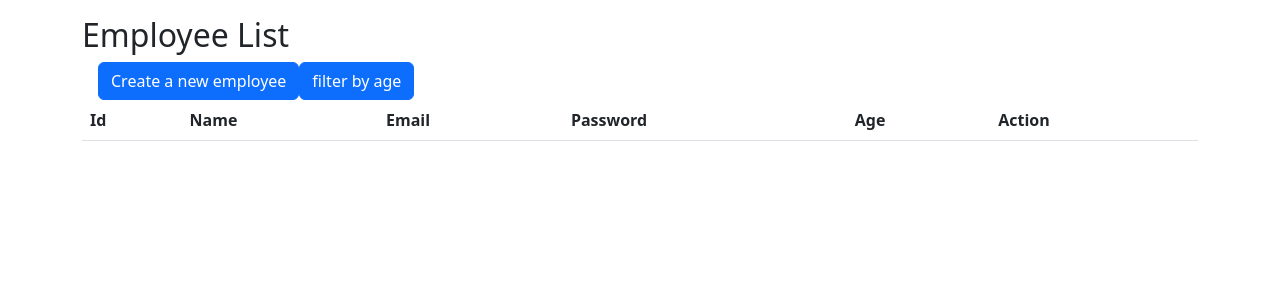
Repository: HoangLinh2001/PHP
Page: http://localhost/list_employee.php
The author's editor kept a copy of each file at every save. The page is drawn from the files as they stood at one save, then again after the next save.
The browser window is 1280 px wide. The pictures show the whole page.
The page is run by PHP 8.4 with error messages shown; the project is at /var/www/html/. Queries for data that is not in the repository find no rows.

Above is the page before, as saved 2023-06-21 15:14:43.

### DEMOPHPBUOI2/list_employee.php
<!DOCTYPE html>
<html lang="en">

<head>
    <title>Bootstrap Example</title>
    <meta charset="utf-8">
    <meta name="viewport" content="width=device-width, initial-scale=1">
    <link href="https://cdn.jsdelivr.net/npm/bootstrap@5.2.3/dist/css/bootstrap.min.css" rel="stylesheet">
    <script src="https://cdn.jsdelivr.net/npm/bootstrap@5.2.3/dist/js/bootstrap.bundle.min.js"></script>
    <style>
        .create-filter-employee{
            display: flex;
            padding-left: 1rem;
        }
    </style>
</head>

<body>
    <?php
require_once('connectdb.php');
$sql = "SELECT * FROM emptb";
$result = $con -> query($sql);
?>
    <div class="container mt-3">
        <h2>Employee List</h2>
    <div class="create-filter-employee">
        <a class="btn btn-primary" href="create_employee.php">Create a new employee</a>
        <a class="btn btn-primary" href="create_employee.php">filter by age</a>
    </div>
        <table class="table">
            <thead>
                <tr>
                    <th>Id</th>
                    <th>Name</th>
                    <th>Email</th>
                    <th>Password</th>
                    <th>Age</th>
                    <th>Action</th>
                </tr>
            </thead>
            <tbody>
                <?php
        if($result -> num_rows > 0){
          foreach ($result as $item) {?>
                <tr>
                    <td><?php echo $item['id'] ?></td>
                    <td><?php echo $item['name'] ?></td>
                    <td><?php echo $item['email'] ?></td>
                    <td><?php echo $item['password'] ?></td>
                    <td><?php echo $item['age'] ?></td>
                    <td>
                        <a class="btn btn-danger" href="delete_employee.php?id=<?php echo $item['id']?>">Delete</a>
                        <a class="btn btn-primary" href="update_employee.php?id=<?php echo $item['id']?>">update</a>
                    </td>
                </tr>
                <?php }; ?>
                <?php }; ?>


            </tbody>
        </table>
    </div>

</body>

</html>

### DEMOPHPBUOI2/connectdb.php
<?php
    $serverName = "localhost";
    $username = "root";
    $password = "";
    $dbname = "emdatabase";
    //create connection
    $con = new mysqli($serverName,$username,$password,$dbname);
    //check connection
    // if ($con -> connect_error) {
    //     die("connection failed: ".$con->connect_error);
    // }
    // echo "connect successfully !";
?>

After the next save:
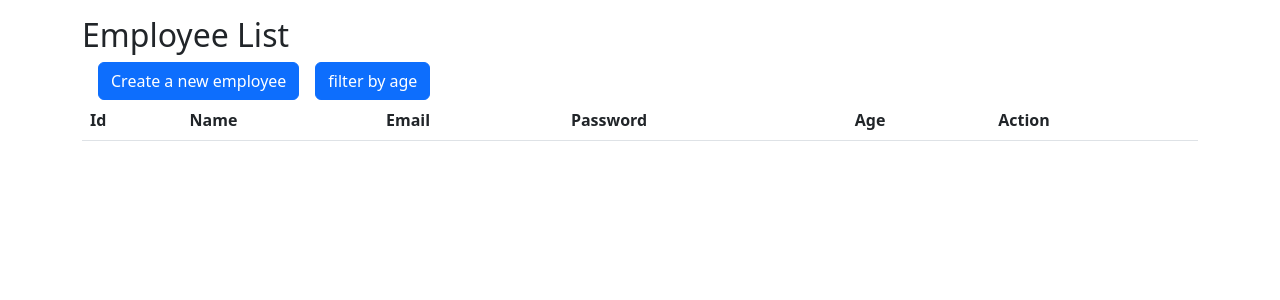
Saved 26 s later.
--- a/DEMOPHPBUOI2/list_employee.php
+++ b/DEMOPHPBUOI2/list_employee.php
@@ -10,7 +10,9 @@
     <style>
         .create-filter-employee{
             display: flex;
-            padding-left: 1rem;
+        }
+        .create-filter-employee a{
+            margin-left: 1rem;
         }
     </style>
 </head>
